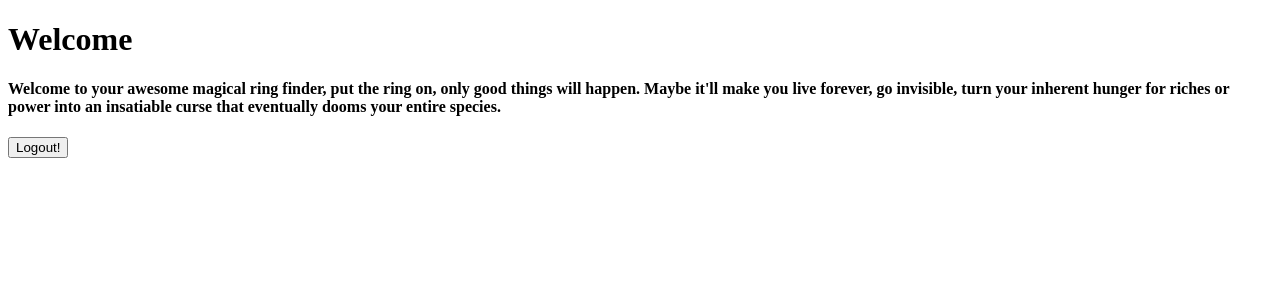
Repository: jshin07/Java
Page: http://localhost/javareviewer/WEB-INF/bind_darkness.jsp
These files come from the project's save history. The page is drawn as it stood at one moment and after the next save; the edit follows.
The browser window is 1280 px wide. The pictures show the whole page.
The page is served by Tomcat 9. Nobody is signed in. Other server files are loaded and not shown. The template is opened directly, without the code that normally fills it, so the values that code supplies are empty.

Above is the page before, as saved 2017-07-25 21:14:44.

### SpringTool/javareviewer/src/main/webapp/WEB-INF/bind_darkness.jsp
<%@ page language="java" contentType="text/html; charset=ISO-8859-1"
    pageEncoding="ISO-8859-1"%>
<%@ taglib prefix="c" uri="http://java.sun.com/jsp/jstl/core" %>
<%@ taglib prefix="form" uri="http://www.springframework.org/tags/form" %>
<!DOCTYPE html PUBLIC "-//W3C//DTD HTML 4.01 Transitional//EN" "http://www.w3.org/TR/html4/loose.dtd">
<html>
<head>
<meta http-equiv="Content-Type" content="text/html; charset=ISO-8859-1">
<title>Rings of Power</title>
</head>
<body>
	<h1>Welcome <c:out value="${currentUser.firstName}"></c:out></h1>
	<h4>Welcome to your awesome magical ring finder, put the ring on, only good things will happen. Maybe it'll make you live forever, go invisible, turn your inherent hunger for riches or power into an insatiable curse that eventually dooms your entire species.</h4>

	  <form id="logoutForm" method="POST" action="/logout">
        <input type="hidden" name="${_csrf.parameterName}" value="${_csrf.token}"/>
        <input type="submit" value="Logout!" />
    </form>	<br>

   <!--
    <table border="1">
        <th> Name </th>
   		<th> Email </th>
    	<th> Action </th>

    <c:forEach items="${allUsers}" var="user" varStatus="loop">

    <tr>
    	<td><c:out value="${user.firstName} ${user.lastName}"/></td>
    	<td><c:out value="${user.email}"/></td>
    	<c:choose>
    		<c:when test= "${user.isAdmin() }">
    			<td>Admin</td>
    		</c:when>
    		<c:otherwise>
    			<td> <a href="/delete/${user.id}"> Delete</a> | <a href="/makeadmin/${user.id}">Make as Admin</a></td>
    		</c:otherwise>
    	</c:choose>
    </tr>


    </c:forEach>

    </table>
  -->


</body>
</html>

After the next save:
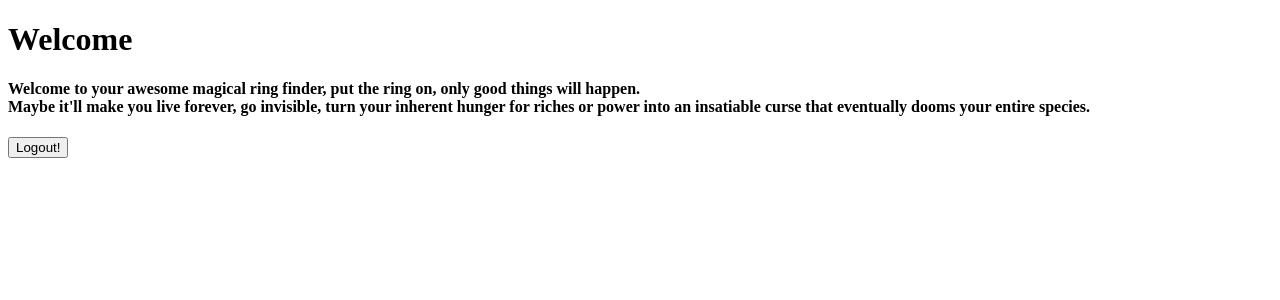
Saved 28 s later.
--- a/SpringTool/javareviewer/src/main/webapp/WEB-INF/bind_darkness.jsp
+++ b/SpringTool/javareviewer/src/main/webapp/WEB-INF/bind_darkness.jsp
@@ -10,7 +10,7 @@
 </head>
 <body>
 	<h1>Welcome <c:out value="${currentUser.firstName}"></c:out></h1>
-	<h4>Welcome to your awesome magical ring finder, put the ring on, only good things will happen. Maybe it'll make you live forever, go invisible, turn your inherent hunger for riches or power into an insatiable curse that eventually dooms your entire species.</h4>
+	<h4>Welcome to your awesome magical ring finder, put the ring on, only good things will happen. <br>Maybe it'll make you live forever, go invisible, turn your inherent hunger for riches or power into an insatiable curse that eventually dooms your entire species.</h4>
 
 	  <form id="logoutForm" method="POST" action="/logout">
         <input type="hidden" name="${_csrf.parameterName}" value="${_csrf.token}"/>
